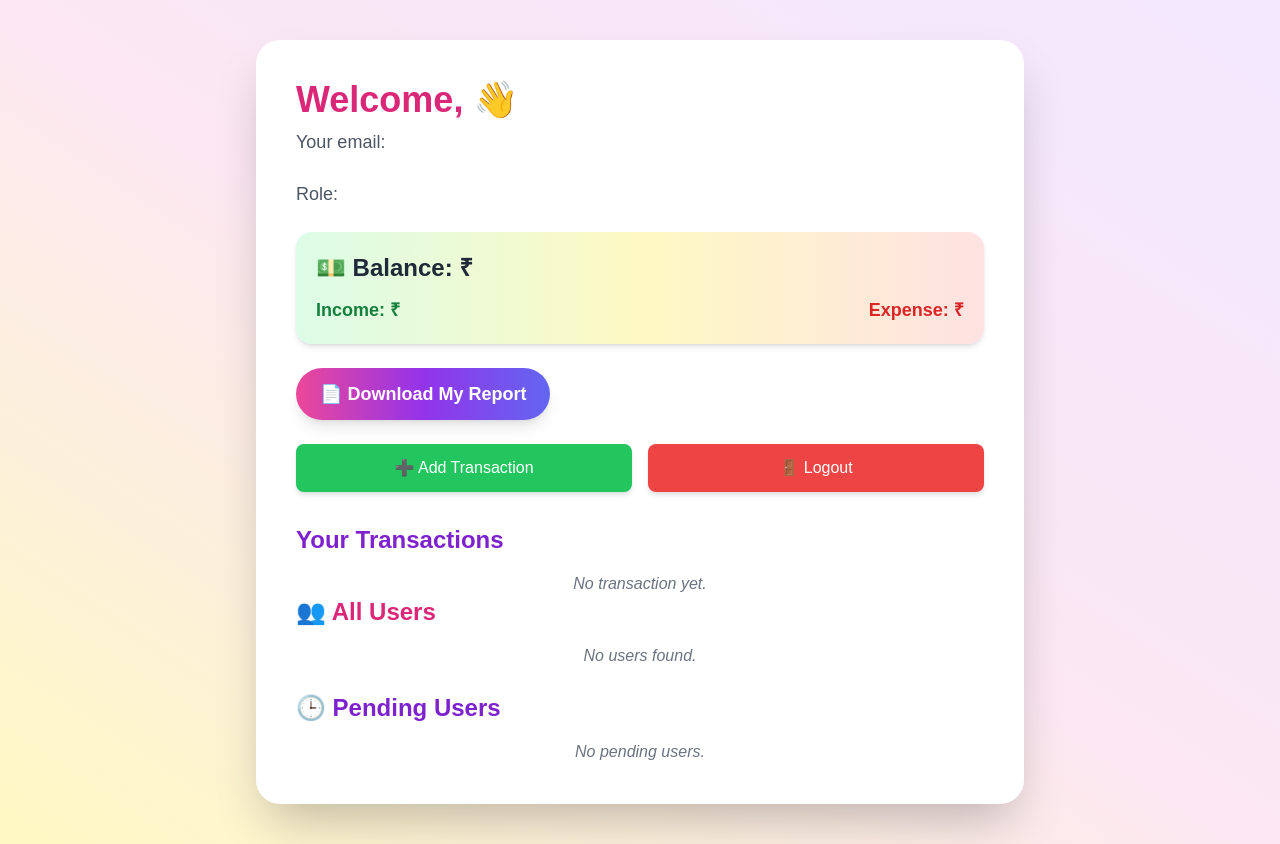
Repository: student-samratojha/ExpenseTrackerApp
Page: views/adminDash.ejs
The author's editor kept a copy of each file at every save. The page is drawn from the files as they stood at one save, then again after a run of saves.
The browser window is 1280 px wide. The pictures show the whole page.
Some web libraries are served in a nearby version. The page is served by the project's Node server (app.js). The template is opened directly, without the code that normally fills it, so the values that code supplies are empty.

Above is the page before, as saved 2025-10-15 18:12:24.

After the next 2 saves:
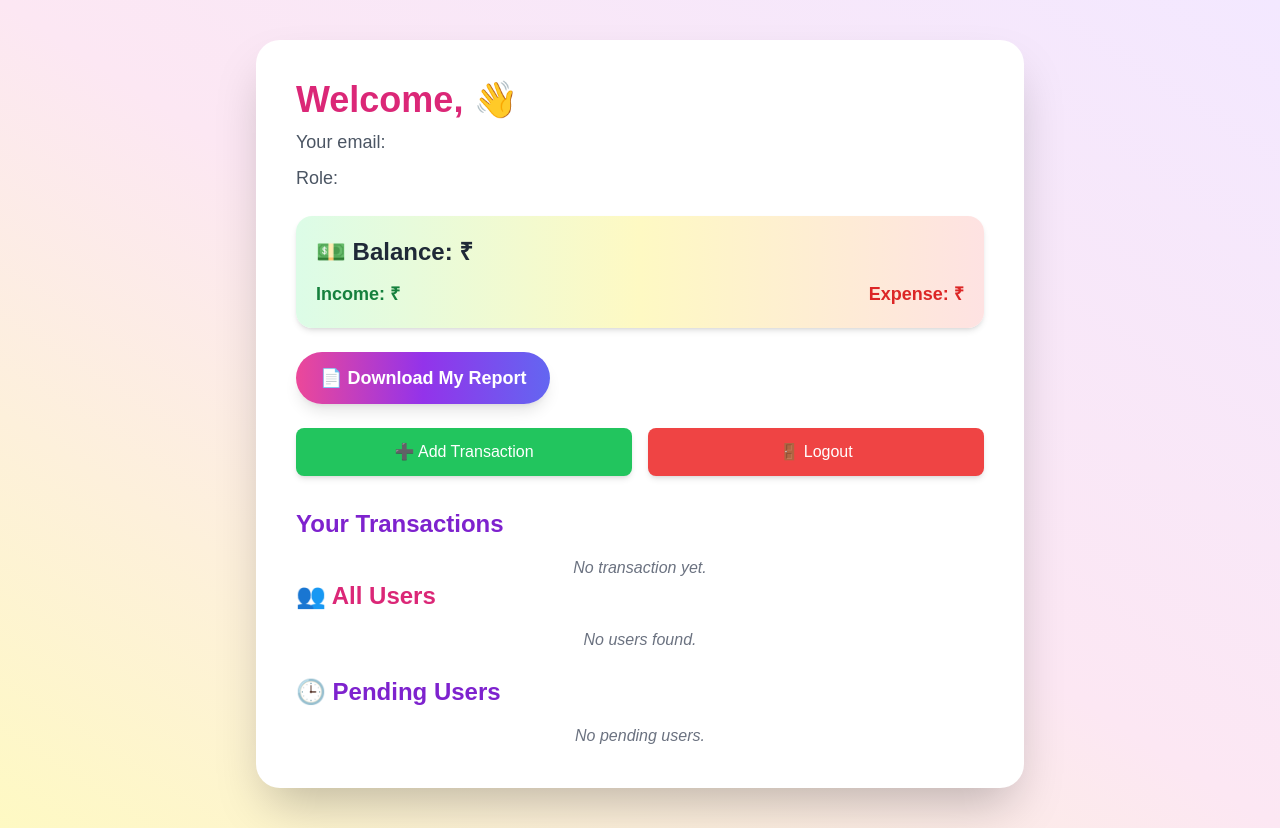
The 2 saves are shown as one change because they came seconds apart.
The last was saved 16 s later.
--- a/views/adminDash.ejs
+++ b/views/adminDash.ejs
@@ -23,7 +23,7 @@
       <h2 class="text-3xl sm:text-4xl font-bold text-pink-600 mb-2">
         Welcome, <%= admin.userName %> 👋
       </h2>
-      <p class="text-gray-600 mb-6 text-base sm:text-lg">
+      <p class="text-gray-600 mb-2 text-base sm:text-lg">
         Your email:
         <span class="text-purple-600 font-medium"><%= admin.email %></span>
       </p>
